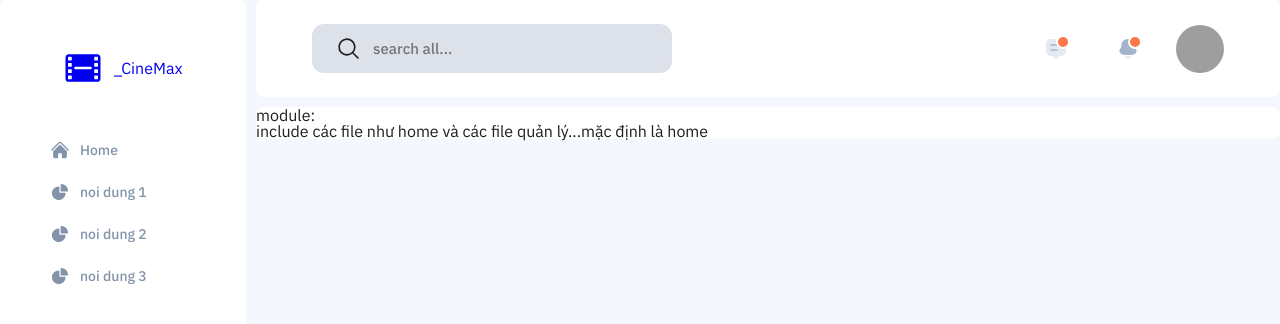
Repository: tdthinhtran961/DoAnCineMax
Page: http://localhost/admin/index.php
An editor plug-in stored every save of this project. The page is shown before and after the next save, followed by the edit.
The browser window is 1280 px wide. The pictures show the whole page.
Pictures or frames that could not be fetched are drawn as grey boxes. The page is run by PHP 8.4 with error messages shown; the project is at /var/www/html/.

Above is the page before, as saved 2023-05-26 00:02:23.

After the next save:
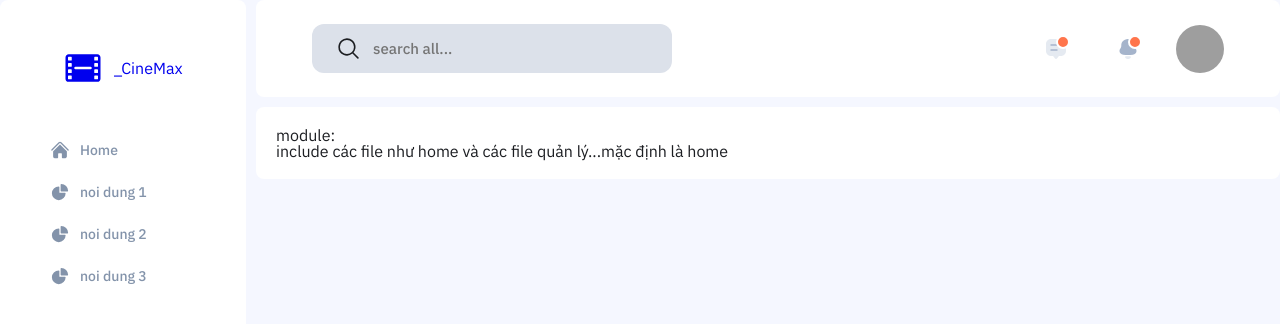
Saved 4 s later.
--- a/admin/index.css
+++ b/admin/index.css
@@ -159,5 +159,5 @@ body {
 .main-container {
   background-color: white;
   border-radius: 8px;
-  p
+  padding: 20px;
 }
